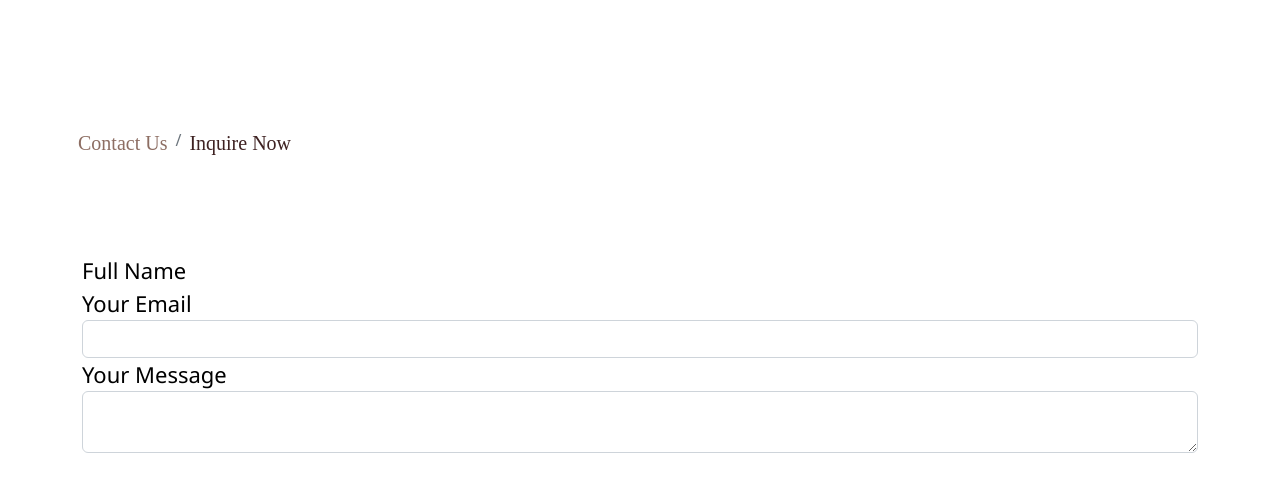
Repository: kaushalyaweerakoon/Plantation-Villa
Page: contact-us.html
These files come from the project's save history. The page is drawn as it stood at one moment and after the next save; the edit follows.
The browser window is 1280 px wide. The pictures show the part of the page from y = 1313 to 1850 px (the page is 1814 px tall before and 1850 px after).
Some web fonts or font styles are not loaded; a fallback is used.

Above is the page before, as saved 2022-08-15 15:32:28.
Not found: assets/js/main.js

After the next save:
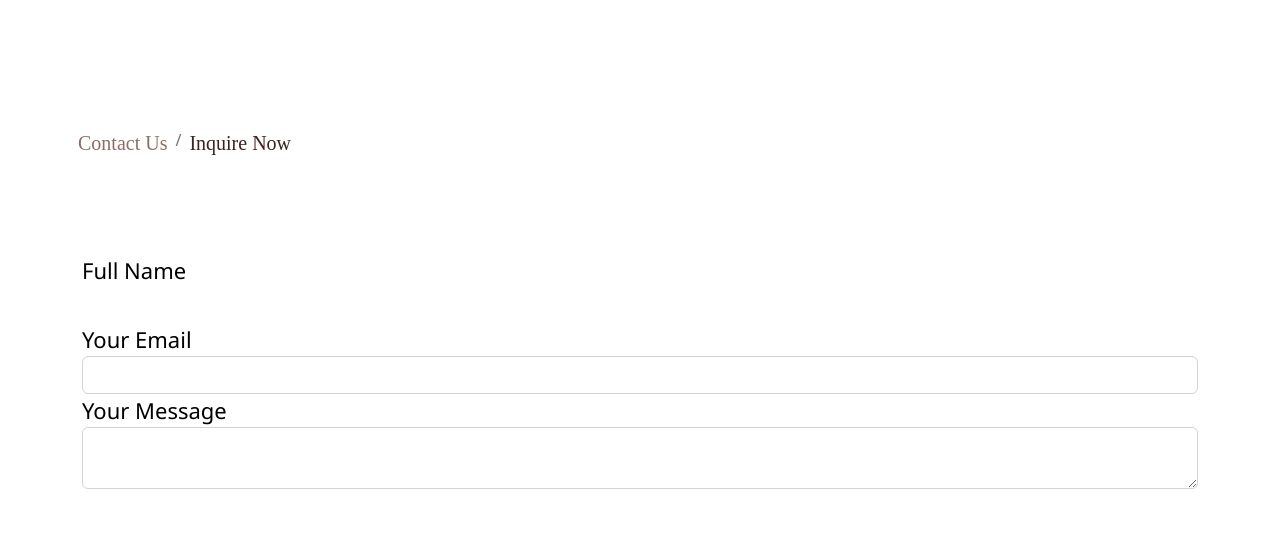
Saved 6 s later.
--- a/contact-us.html
+++ b/contact-us.html
@@ -123,7 +123,7 @@
                     <div class="">
                         <div class="">
                             <label for="fullname" class="text">Full Name</label>
-                            <input type="text" class="border-0 border-2 boform-control" id="fullname" aria-describedby="emailHelp">
+                            <input type="text" class="border-0 border-2 border-bottem form-control" id="fullname" aria-describedby="emailHelp">
                         </div>
                         <div class="">
                             <div class="d-flex justify-content-between align-items-center">
